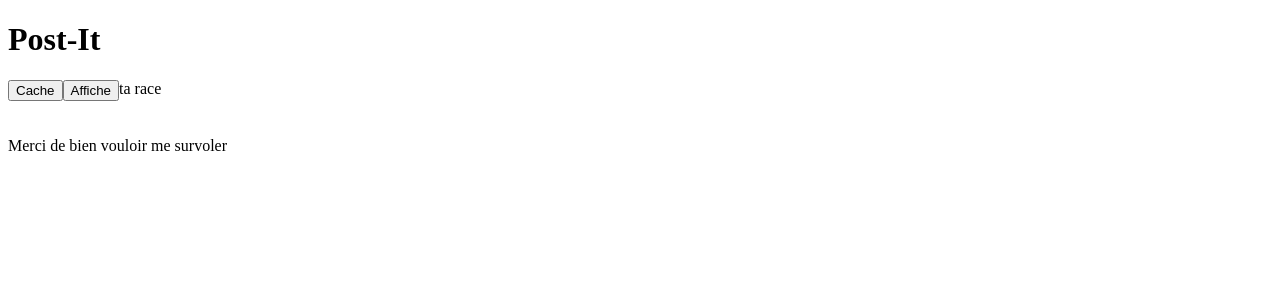
Repository: evalwebmeteofullstack/Gestion_meteo
Page: Notes/Cours + Exercices/Exercices/static/test/5em-code.html
The author's editor kept a copy of each file at every save. The page is drawn from the files as they stood at one save, then again after the next save.
The browser window is 1280 px wide. The pictures show the whole page.

Above is the page before, as saved 2019-02-04 08:30:51.

### Notes/Cours + Exercices/Exercices/static/test/5em-code.html
<!DOCTYPE HTML>
<html>
<link rel="stylesheet" type="text/css" href="style5.css" />
<head>
</head>
<body>
	<h1>Post-It</h1>
	<div id="div1">
	<input type="button" name="butCache" id="butCach" value="Cache">
	<input type="button" name="butAfficher" id="butAf" value="Affiche">
	<div id="postIt">ta race</div>
	</div>
	<br>
	<br>
	<label>Merci de bien vouloir me survoler</label>
	<script src="test5.js"></script>
</body>
</html>

### Notes/Cours + Exercices/Exercices/static/test/style5.css
#div1{
	display: flex;
	flex-direction: row;
}

Loaded but not shown: Notes/Cours + Exercices/Exercices/static/test/test5.js (no copy from this time; the picture is the same without it)

After the next save:
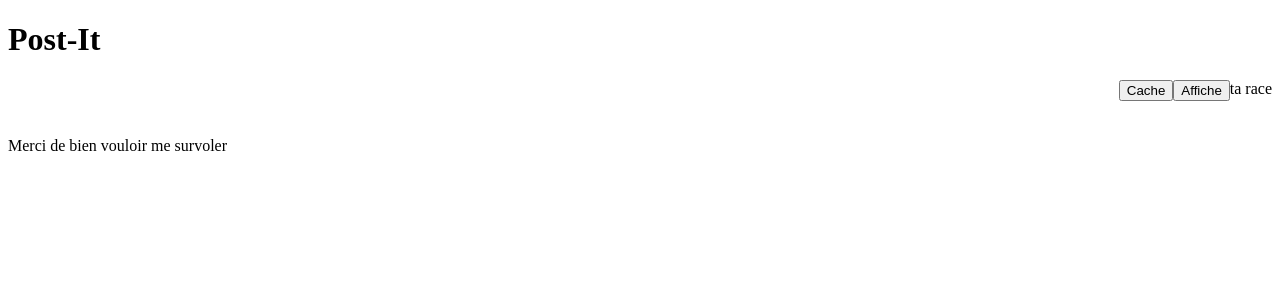
Saved 10 s later.
--- a/Notes/Cours + Exercices/Exercices/static/test/style5.css
+++ b/Notes/Cours + Exercices/Exercices/static/test/style5.css
@@ -1,4 +1,5 @@
 #div1{
 	display: flex;
 	flex-direction: row;
+	justify-content: flex-end;
 }

After the save that followed:
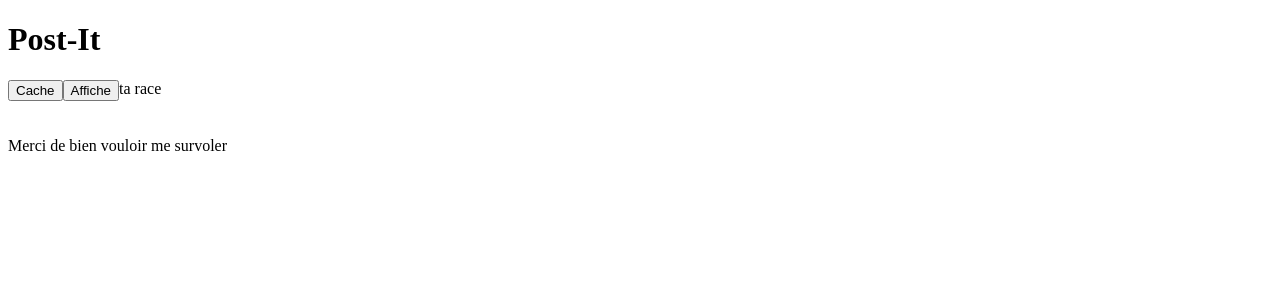
Saved 7 s later.
--- a/Notes/Cours + Exercices/Exercices/static/test/style5.css
+++ b/Notes/Cours + Exercices/Exercices/static/test/style5.css
@@ -1,5 +1,4 @@
 #div1{
 	display: flex;
 	flex-direction: row;
-	justify-content: flex-end;
 }
